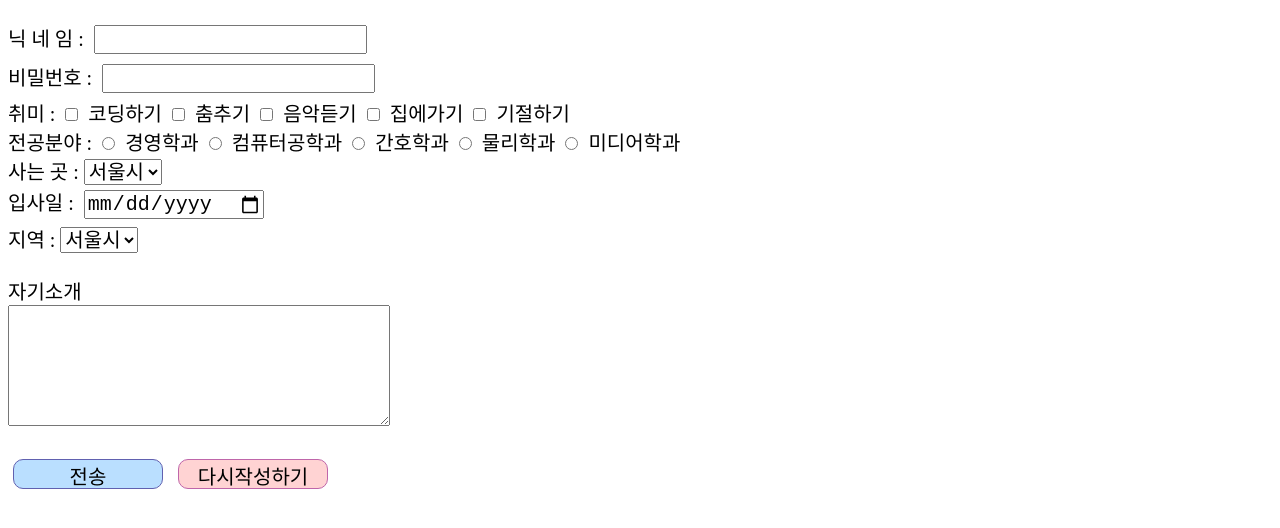
Repository: hyejux/jsp
Page: JSPBasic/src/main/webapp/html/from.html
The author's editor kept a copy of each file at every save. The page is drawn from the files as they stood at one save, then again after the next save.
The browser window is 1280 px wide. The pictures show the whole page.

Above is the page before, as saved 2024-06-25 07:16:14.

### JSPBasic/src/main/webapp/html/from.html
<!DOCTYPE html>
<html>
<head>
<meta charset="UTF-8">
<title>Insert title here</title>

<style>

* {
	font-size: 20px;
}

input {
	margin: 5px;
}

#btn1 {
	height: 30px;
	width: 150px;
	font-weight: 300px;
	background-color: rgb(186, 223, 255);
	border: 1px solid rgb(97, 97, 176);
	border-radius: 10px;
}
#btn2 {
	height: 30px;
	width: 150px;
	font-weight: 300px;
	background-color: rgb(255, 211, 211);
	border: 1px solid rgb(191, 102, 170);
	border-radius: 10px;
}
span {

}


</style>



</head>



<body>

	<h3> </h3>

		<form action="ok.jsp" method="post">


		<span> 닉 네 임 : </span> <input type="text" name="id"> <br>
		<span> 비밀번호 : </span> <input type="password" name="pw"> <br>


		<span> 취미 : </span>

		<input type="checkbox" value="코딩하기" name="hobby"> 코딩하기
		<input type="checkbox" value="춤추기" name="hobby"> 춤추기
		<input type="checkbox" value="음악듣기" name="hobby"> 음악듣기
		<input type="checkbox" value="집에가기" name="hobby"> 집에가기
		<input type="checkbox" value="기절하기" name="hobby"> 기절하기

		<br>


		<span> 전공분야 : </span>

		<input type="radio" value="경영학과" name="major"> 경영학과
		<input type="radio" value="컴퓨터공학과" name="major"> 컴퓨터공학과
		<input type="radio" value="간호학과" name="major"> 간호학과
		<input type="radio" value="물리학과" name="major"> 물리학과
		<input type="radio" value="미디어학과" name="major"> 미디어학과

		<br>

		사는 곳 :
		<select name="region">

			<option value="서울시"> 서울시 </option>
			<option value="경기도"> 경기도 </option>
			<option value="인천시"> 인천시 </option>
			<option value="광양시"> 광양시 </option>

		</select>

		<br>

		입사일 :

		<input type="date" name="hire_date">

		<br>
		지역 :
		<select name="region">
			<option value="서울시"> 서울시 </option>
			<option value="경기도"> 경기도 </option>
			<option value="인천시"> 인천시 </option>
			<option value="광양시"> 광양시 </option>
		</select>



		<br><br>

		자기소개
		<br>
		<textarea cols="30" rows="5" name="intro"> </textarea>

		<br><br>
		<input id="btn1" type="submit" value="전송" name="submit">
		<input id="btn2" type="reset" value="다시작성하기" name="reset">



	</form>

</body>
</html>

After the next save:
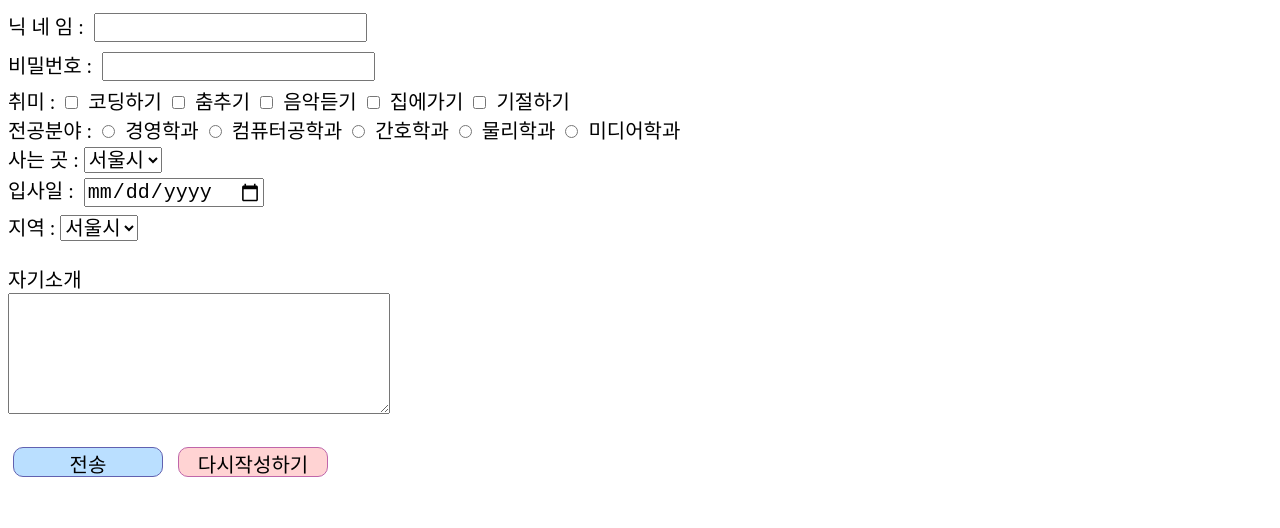
Saved 29 s later.
--- a/JSPBasic/src/main/webapp/html/from.html
+++ b/JSPBasic/src/main/webapp/html/from.html
@@ -44,8 +44,6 @@ span {
 
 
 <body>
-
-	<h3> </h3>
 
 		<form action="ok.jsp" method="post">
 
